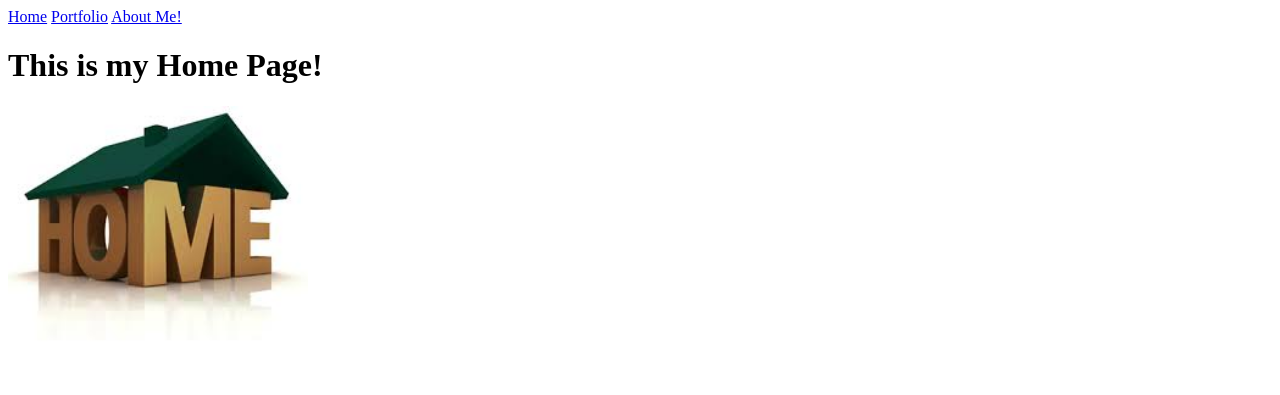
Repository: mwilson3286/mwilson3286.github.io
Page: my_website/index.html
The author's editor kept a record of every edit. The page is drawn from the files as they stood at one moment, then again after the next edit.
The browser window is 1280 px wide. The pictures show the whole page.

Above is the page before.

### my_website/index.html
<!doctype html>
<html lang="en">
  <head>
    <meta charset="utf-8">
    <title>Home</title>
  </head>
  <body>
    <a href="index.html">Home</a>
    <a href="portfolio.html">Portfolio</a>
    <a href="Aboutme.html">About Me!</a>
    <h1>This is my Home Page!</h1>
    <img src="images/home.jpg" height="250">
  </body>
</html>

After the next edit:
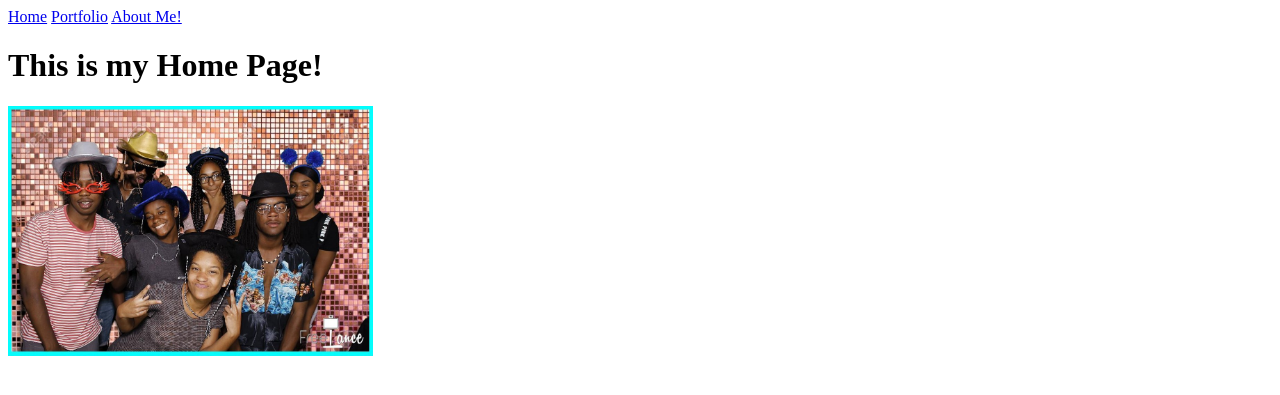
The edit:
--- a/my_website/index.html
+++ b/my_website/index.html
@@ -9,6 +9,6 @@
     <a href="portfolio.html">Portfolio</a>
     <a href="Aboutme.html">About Me!</a>
     <h1>This is my Home Page!</h1>
-    <img src="images/home.jpg" height="250">
+    <img src=/my_website/images/image2.jpg height="250">
   </body>
 </html>
